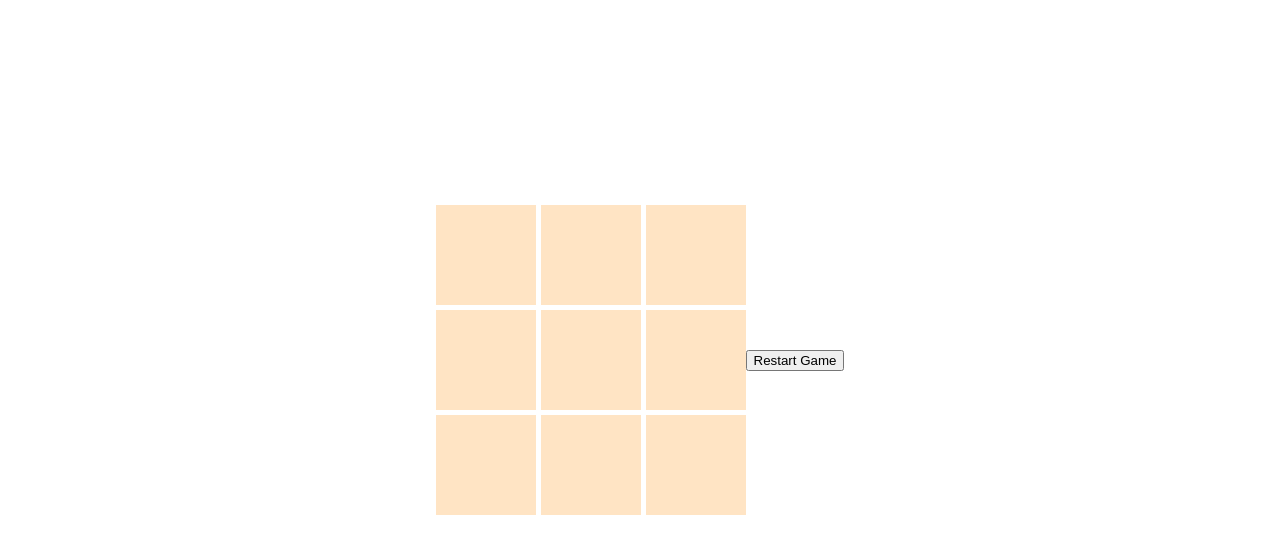
Repository: Suonii/Mo
Page: index.html
These files come from the project's save history. The page is drawn as it stood at one moment and after a run of saves; the edit follows.
The browser window is 1280 px wide. The pictures show the whole page.

Above is the page before, as saved 2024-07-27 16:05:26.

After the next 5 saves:
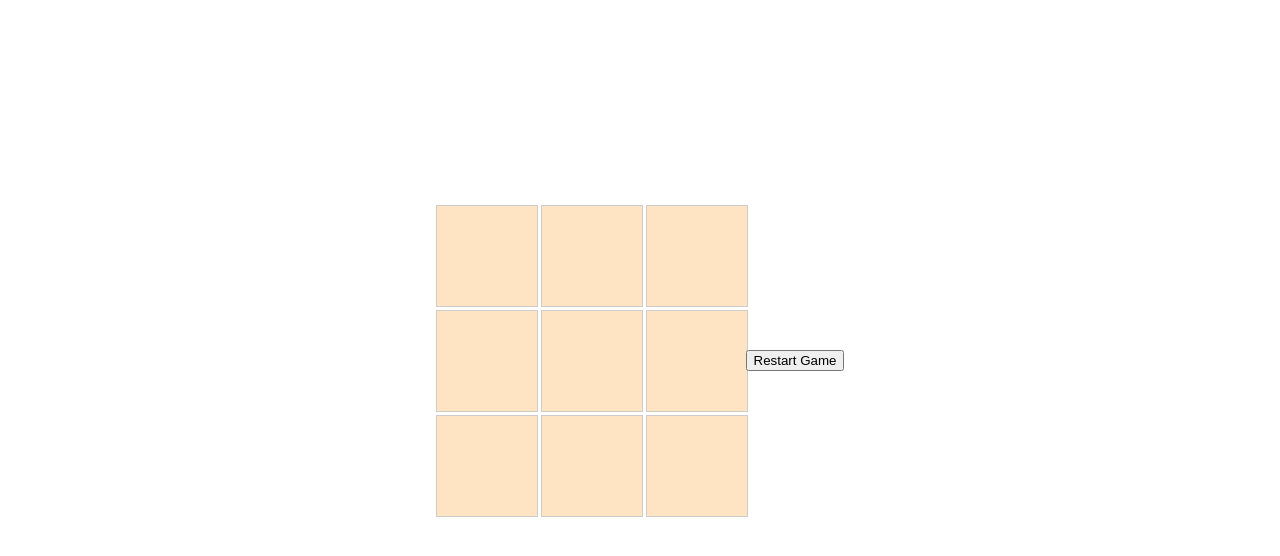
The 5 saves are shown as one change because they came seconds apart.
The last was saved 12 s later.
--- a/style.css
+++ b/style.css
@@ -23,5 +23,5 @@
     justify-content: center;
     font-size: 2em;
     cursor: pointer;
-    border
+    border: 1px solid #ccc;
 }
